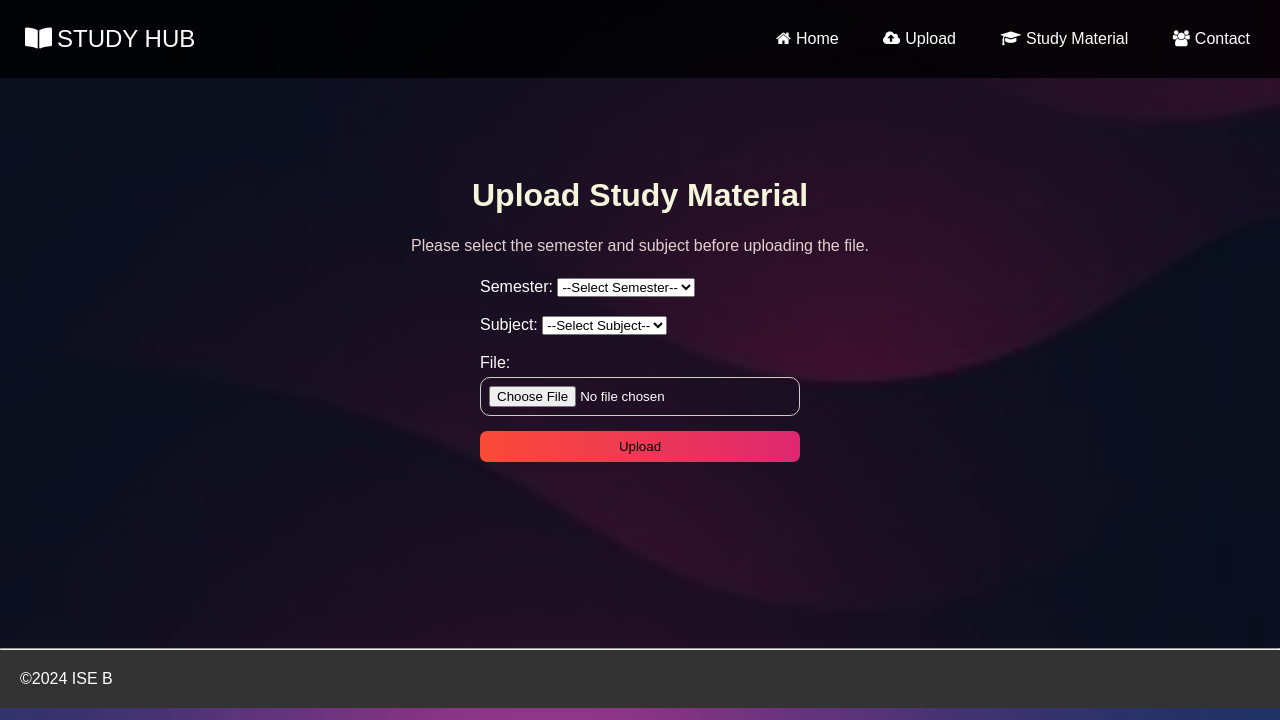
Repository: Acharya-Keerthana/Education
Page: http://localhost/upload.php
The author's editor kept a copy of each file at every save. The page is drawn from the files as they stood at one save, then again after the next save.
The browser window is 1280 px wide. The pictures show the whole page.
Backgrounds fixed to the window are drawn as part of the page. The page is run by PHP 8.4 with error messages shown; the project is at /var/www/html/.

Above is the page before, as saved 2024-04-10 11:05:01.

### upload.php
<!DOCTYPE html>
<html lang="en">
<head>
    <meta charset="UTF-8">
    <meta name="viewport" content="width=device-width, initial-scale=1.0">
    <title>Upload</title>
    <link rel="stylesheet" href="style.css">
    <link rel="stylesheet" href="https://cdnjs.cloudflare.com/ajax/libs/font-awesome/5.15.4/css/all.min.css">
    <link rel="stylesheet" href="https://maxcdn.bootstrapcdn.com/font-awesome/4.7.0/css/font-awesome.min.css">
</head>
<body>
    <div class="nav_bar">
        <div class="logo"><i class="fas fa-book-open"></i>STUDY HUB </div>
        <nav>
            <a href="index.html"><i class="fa fa-home"></i>Home</a>
            <a href="#upload"><i class="fa fa-cloud-upload"></i>Upload</a>
            <a href="index.html#study-material"><i class="fa fa-graduation-cap"></i>Study Material</a>
            <a href="index.html#contact"><i class="fa fa-users"></i>Contact</a>
        </nav>
    </div>

    <section class="study_sec" id="upload">
        <div class="studymaterial">
            <h1 class="study_heading">Upload Study Material</h1>
            <p>Please select the semester and subject before uploading the file.</p>
            <form action="upload.php" method="post" enctype="multipart/form-data">
            <div class="form-group">
                <label for="semester">Semester:</label>
                <select id="semester" name="semester">
                    <option value="">--Select Semester--</option>
                    <option value="3">3rd Semester</option>
                    <option value="4">4th Semester</option>
                    <option value="5">5th Semester</option>
                    <option value="6">6th Semester</option>
                    <option value="7">7th Semester</option>
                    <option value="8">8th Semester</option>
                </select>
            </div>
            <div class="form-group">
                <label for="subject">Subject:</label>
                <select id="subject" name="subject">
                    <option value="">--Select Subject--</option>
                </select>
            </div>
            <div class="form-group">
                <label for="file">File:</label>
                <input type="file" id="file" name="file" accept=".pdf, .doc, .docx, .jpg, .jpeg, .png,.ppt,.pptx">
            </div>
            <button type="submit" id="upload-btn" class="submit-btn" disabled>Upload</button>
        </form>
        </div>
    </section>
    <hr>
    <footer>
    &copy;2024 ISE B
    </footer>
    <script>
        const semesterSelect = document.getElementById("semester");
        const subjectSelect = document.getElementById("subject");
        const uploadBtn = document.getElementById("upload-btn");

        semesterSelect.addEventListener("change", () => {
            const semester = semesterSelect.value;
            if (semester === "") {
                subjectSelect.innerHTML = "<option value=''>--Select Subject--</option>";
                uploadBtn.disabled = true;
            } else {
                // You can replace this dummy data with actual data from your server.
                const subjectsBySemester = {
                    "3": ["Statistics and Probability Theory", "Object oriented language", "Introduction to Data Science", "Unix Shell and System Programming", "Previous year paper"],
                    "4": ["Linear Algerbra and its application", "Design and Analysis of Algorithm", "Internet and web programming", "Database management system", "Previous year paper"],
                    // Add subjects for other semesters as needed
                };

                subjectSelect.innerHTML = "<option value=''>--Select Subject--</option>";
                subjectsBySemester[semester].forEach(subject => {
                    subjectSelect.innerHTML += `<option value="${subject}">${subject}</option>`;
                });
                uploadBtn.disabled = false;
            }
        });

        subjectSelect.addEventListener("change", () => {
            if (subjectSelect.value === "") {
                uploadBtn.disabled = true;
            } else {
                uploadBtn.disabled = false;
            }
        });
    </script>
</body>
</html>

### style.css

* {
    margin: 0;
    padding: 0;
    box-sizing: border-box;
    font-family: Arial, sans-serif;
}

body {
    height: 100vh;
    background: url('images/baground.jpg') no-repeat center center fixed;
    background-size: cover;
    color: #fff;
}

/* Navigation Styles */
.nav_bar {
    background-color: rgba(0, 0, 0, 0.8);
    overflow: hidden;
    padding: 10px;
    position: fixed;
    width: 100%;
    z-index: 999;
}

.logo {
    float: left;
    font-size: 1.5rem;
    padding: 15px;
    margin-right: 20px;
}
.logo i{
    margin-right:5px ;
}
nav {
    float: right;
}

nav a {
    color: #fff;
    display: inline-block;
    padding: 20px;
    text-decoration: none;
    transition: all 0.3s ease;
}
nav a i{
    margin-right: 5px;
}
nav a:hover {
    background-color: rgba(255, 255, 255, 0.308);
    border-radius: 5px;
}
.Front_view {
    align-items: center;
    display: flex;
    justify-content: space-between;
    height: 100vh;
    padding: 0 20px;
}

.content {
    text-align: left;
    width: calc(50% - 20px);
}

.image {
    width: calc(50% - 70px);
}

.image img {
    max-width: 100%;
    height: auto;
    border-radius: 10px;
    object-fit: cover;
}

.about_sec {
    background: linear-gradient(to top, #030303, rgba(49, 7, 58, 0.87)), url('images/baground.jpg') no-repeat center center;
    background-size: cover;
    padding: 2rem;
    height: 70vh;
}

.about_box {
    background-color: rgba(255, 255, 255, 0.1);
    border: 1px solid rgba(255, 255, 255, 0.1);
    border-radius: 10px;
    padding: 2rem;
    margin-bottom: 1rem;
    transition: all 0.3s ease;
}

.about_box:hover {
    box-shadow: 0 0 20px rgba(255, 255, 255, 0.5);
}

.about_heading {
    color: #f0f8ff;
    font-size: 2rem;
    margin-bottom: 2rem;
}

.about_para {
    color: #f0f8ff;
    font-size: 1.2rem;
    line-height: 1.5;
}

/* Study Material Styles */
.studymaterial {
    align-items: center;
    background-color: rgba(0, 0, 0, 0.7);
    display: flex;
    flex-direction: column;
    height: 90vh;
    justify-content: center;
}

.studymaterial p {
    color: #e4d0d0;
    line-height: 1.5rem;
    margin: 20px 0;
    max-width: 500px;
    text-align: center;
}

.study_heading {
    color: #f5f5dc;
    font-size: 2rem;
}

.sem {
    align-items: center;
    background-color: hsla(0, 0%, 100%,0.2);
    border-radius: 40px;
    display: flex;
    flex-wrap: wrap;
    height: 30%;
    justify-content: center;
    overflow: hidden;
    width: 50%;
}

.sem_sec {
    box-sizing: border-box;
    padding: 10px;
    text-align: center;
    width: calc(100% / 3);
}

.sem_sec a {
    color: beige;
    display: block;
    font-size: 17px;
    letter-spacing: 0.5px;
    padding: 25px;
    position: relative;
    text-align: center;
    text-decoration: none;
    z-index: 0;
}

.sem_sec:hover {
    background: linear-gradient(to bottom, rgb(85, 10, 128), rgba(94, 4, 97, 0.979));
    color: white;
}

.form {
    background: linear-gradient(to bottom, rgba(45, 11, 100, 0.986), rgba(66, 5, 66, 0.5), rgba(86, 10, 105, 0.884));
    padding: 2rem;
    float: right;
   margin: 10px 100px 10px 0px ;
  border-radius: 20px;
  box-shadow: inset 0px 0px 25px rgba(0,0,0,0.2), 0 0 40px rgba(0,0,0,0.3);
}

.container {
    margin: 0 auto;
    width: 100%;
}

.heading {
    margin-bottom: 30px;
    padding-top: 10px;
    text-align: center;
}

.form-group {
    margin-bottom: 15px;
}

.form-group label {
    display: inline-block;
    margin-bottom: 5px;
}

.form-group input,
.form-group textarea {
    border: 1px solid #ccc;
    border-radius: 10px;
    padding: 8px;
    width: 100%;
}

.form-group textarea {
    resize: vertical;
}
.form_img {
        width: calc(50% - 20px);
        margin-left: 50px;
    }
.form_img img{
    max-width: 100%;
    height: auto;
    border-radius: 10px;
    object-fit: cover;
}

.submit-btn {
    background: linear-gradient(to right, #FA4B37, #DF2771);
    border: none;
    border-radius: 7px;
    color: black;
    cursor: pointer;
    display: inline-block;
    margin-bottom: 10px;
    padding: 8px;
    width: 20rem;
}

.submit-btn:hover {
    background: rgba(255, 255, 255, 0.767);
    color: #141414;
}
marquee{
    background: linear-gradient(to right, #FA4B37, #DF2771);
}
.marque{
    text-align: center;
    color: #fff;
    font-size: 20px;
    padding: 10px;
}
.marque a{
    color: #fff;
    text-decoration: none;
}
.marque a:hover{
    color:#35A7FF;
}



/* Footer styles */
footer {
    display: flex;
    justify-content: space-between;
    align-items: center;
    background-color: #333;
    padding: 20px;
    position: relative;
    animation: fadeIn 1s ease-in-out;
}

.logo1 {
    color: #fff;
    font-size: 24px;
    font-weight: bold;
    padding: 30px;
    margin-left: 20px;
}

.social_media {
    display: flex;
    gap: 10px;
}

.social_media a {
    width: 42px;
    height: 42px;
    background: hsla(0, 0%, 85.1%, .1);
    display: inline-flex;
    border-radius: 50%;
    margin-right: 5px;
    align-items: center;
    justify-content: center;
    line-height: 1;
    border: 1px solid hsla(0, 0%, 100%, .5);
    text-decoration: none;
}

.social_media a::before {
    content: "";
    width: 42px;
    height: 42px;
    position: absolute;
    background-color: #fff;
    border-radius: 50%;
    transform: scale(0);
    transition: .3s ease-in-out;
}

.social_media a i {
    color: white;
    padding: 10px;
}

footer p {
    font-weight: 400;
    font-size: 14px;
    color: #b8b8b8;
    letter-spacing: .5px;
    margin-top: 50px;
}

@media screen and (max-width: 768px) {
    body {
        flex-direction: column;
        padding: 0 20px;
    }
}

@media screen and (max-width: 768px) {
    .header {
        position: relative;
        padding: 20px 0;
    }
}

@media screen and (max-width: 768px) {
    .logo {
        text-align: center;
    }
}
@media screen and (max-width: 768px) {
    nav {
        flex-direction: column;
        align-items: center;
    }
    nav a {
        padding: 10px;
    }
}
@media screen and (max-width: 768px) {
    .content {
        flex-direction: column;
    }
}

.text {
    width: calc(50% - 20px);
    text-align: left;
}

@media screen and (max-width: 768px) {
    .text {
        width: 100%;
    }
}
@media screen and (max-width: 768px) {
    .image {
        width: 100%;
    }
}
@media screen and (max-width: 768px) {
    .image img {
        width: 100%;
        border-radius: 0;
    }
}

### database.php
<?php
error_reporting(0);
$servername="localhost";
$username="root";
$password="";
$database="education";

$conn=mysqli_connect($servername,$username,$password,$database);
if(!$conn){
die ("connection error".mysqli_connect_error());
}
else{
echo "conection successful<br>";
}

After the next save:
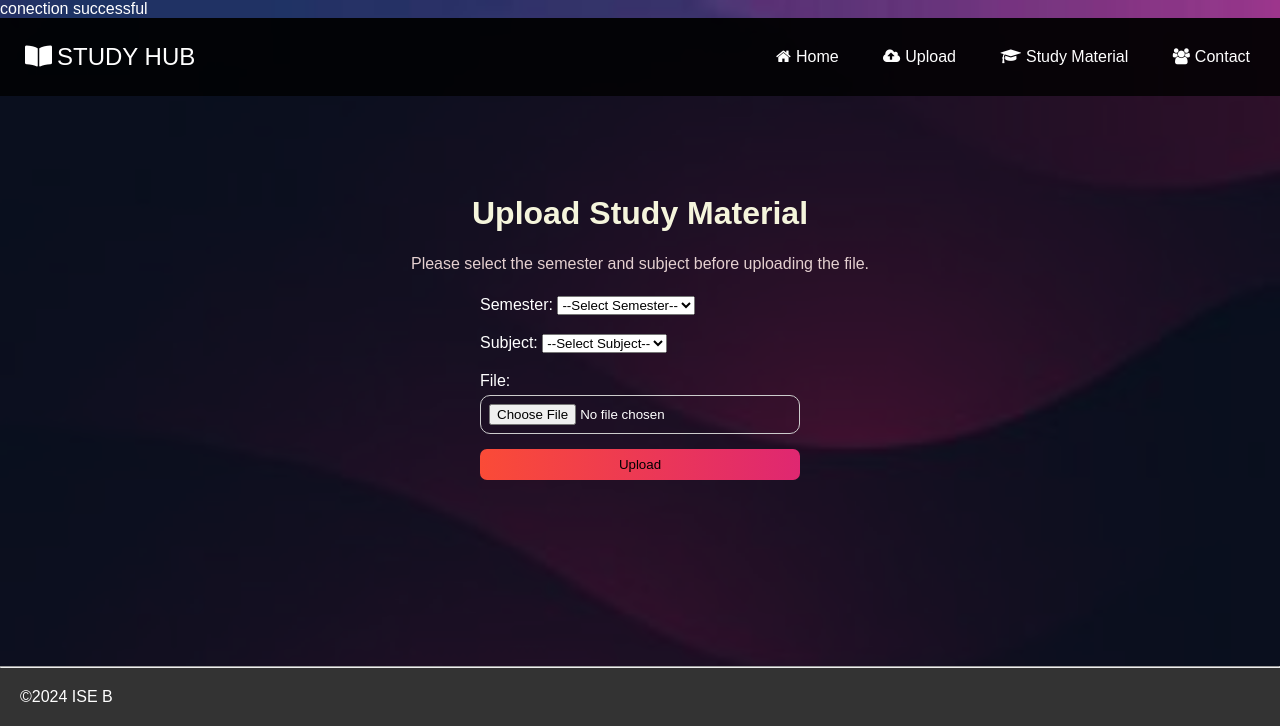
Saved 64 s later.
--- a/upload.php
+++ b/upload.php
@@ -1,3 +1,8 @@
+<?php
+include("database.php");
+?>
+
+
 <!DOCTYPE html>
 <html lang="en">
 <head>
